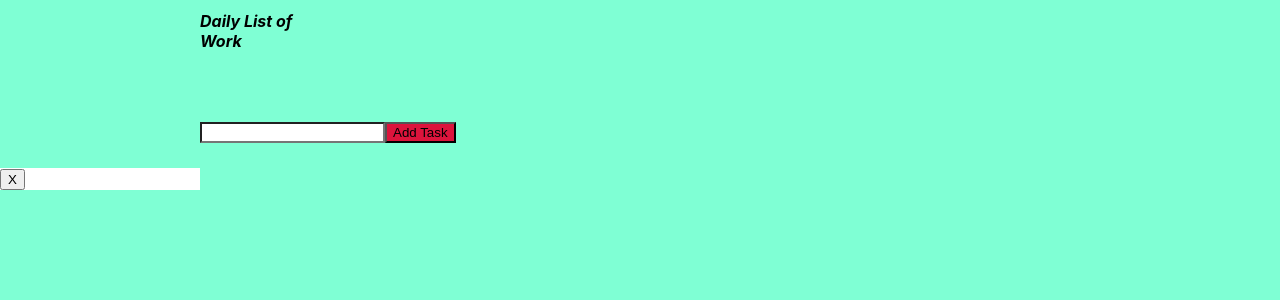
Repository: iamjayenmthakuri/todolist
Page: /, after clicking the first element matching `button.button`
An editor plug-in stored every save of this project. The page is shown before and after the next save, followed by the edit.
The browser window is 1280 px wide. The pictures show the whole page.
The project was rebuilt for these pictures with package versions that can differ from the ones it lists, and the page was loaded fresh each time.

Above is the page before, as saved 2022-09-19 11:12:45.

### src/App.js
import React from 'react';
import { useState } from 'react';
import "./App.css";
import Task from './Task';


function App() {
  const [todoList, setTodoList] = useState([]);
  const [newTask, setNewTask] = useState("");

  const handleOnChange = (event) => {
    setNewTask(event.target.value)
  };

  const addTask = () => {
    const task = {
      id: todoList.length === 0 ? 1 : todoList[todoList.length - 1].id + 1,
      taskName: newTask,
      completed:false,
    }
    setTodoList([...todoList, task]);
  };

  const deleteTask = (id) => {
    setTodoList(todoList.filter((task) => task.id !== id));
  };
  const completedTask = (id) =>{
    todoList.map()

  }

  return (
    <div>
      <div><h1 className='title'>Daily List of Work</h1>

        <input className='input' onChange={handleOnChange} />
        <button className='button' onClick={addTask}>Add Task</button>
        {todoList.map((task) => {
          return(
            <Task completedTask={completedTask} deleteTask={deleteTask} taskName={task.taskName} id={task.id}/>
         )

        })}
      </div>
    </div>
  );
}

export default App;

### src/App.css
body{
  background-color: aquamarine;
  display:grid;
  background-position: center;
  position: absolute;
}
.title{
  height: 100px;
  width: 110px;
  font-size: medium;
  font-weight: bold;
  font-style: italic;
  background-position: center;
  transform: translate(200px);
}
.container{
  background-color: white;
  height:max-content;
  width:200px;
  margin-bottom: auto;
  margin-top: auto;
}
.input{
  background-color: white;
  height: max-content;
  width: max-content;
  transform: translate(200px);
}
.button{
  background-color:crimson;
  height: max-content;
  width: max-content;
  transform: translate(200px);
}

### src/Task.js
import React from 'react'

function Task(props) {
    return (
        <div className='container'>
          <h6>{props.taskName}</h6>

          <button className='bt' onClick={() => props.deleteTask(props.id)}>X</button>

        </div>
      );

}

export default Task;

Loaded but not shown: public/index.html (common file); src/index.js (common file); src/index.css (common file); src/reportWebVitals.js (common file)

After the next save:
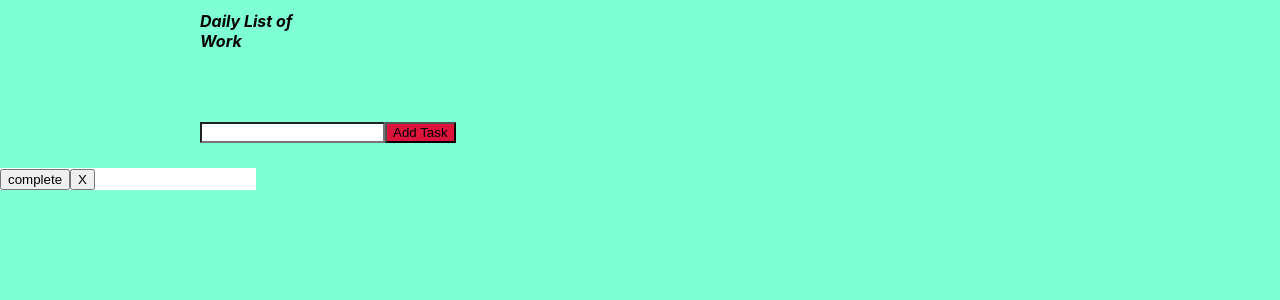
Saved 2 min 11 s later.
--- a/src/Task.js
+++ b/src/Task.js
@@ -1,14 +1,18 @@
-import React from 'react'
+import React from 'react';
 
 function Task(props) {
     return (
-        <div className='container'>
-          <h6>{props.taskName}</h6>
+        <div
+            className="task" style={{ backgroundColor: props.completed ? "green" : "white" }} >
+            <div className='container'>
+                <h6>{props.taskName}</h6>
 
-          <button className='bt' onClick={() => props.deleteTask(props.id)}>X</button>
+                <button onClick={() => props.completedTask(props.id)}>complete</button>
+                <button className='bt' onClick={() => props.deleteTask(props.id)}>X</button>
 
+            </div>
         </div>
-      );
+    );
 
 }
 
